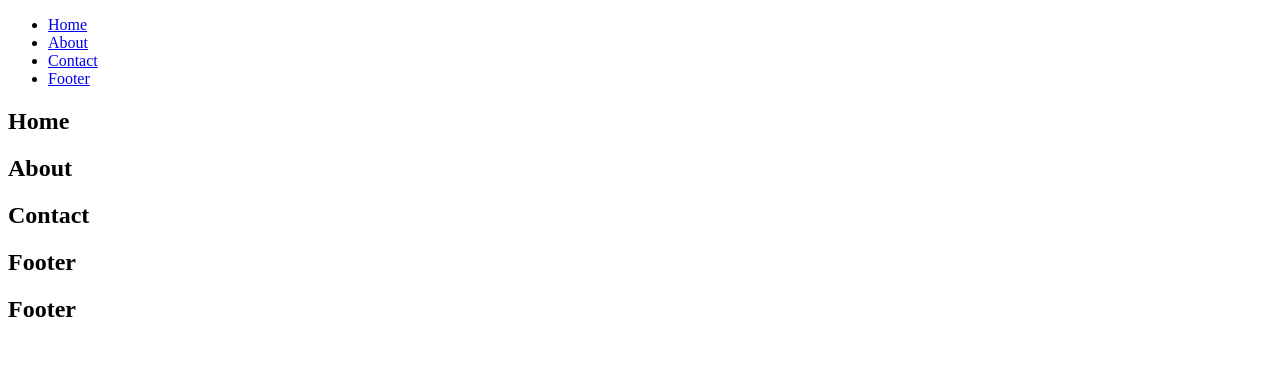
Repository: sallyr0823/web-development
Page: mp1/src/index.html
An editor plug-in stored every save of this project. The page is shown before and after the next save, followed by the edit.
The browser window is 1280 px wide. The pictures show the whole page.

Above is the page before, as saved 2023-09-20 14:23:27.

After the next save:
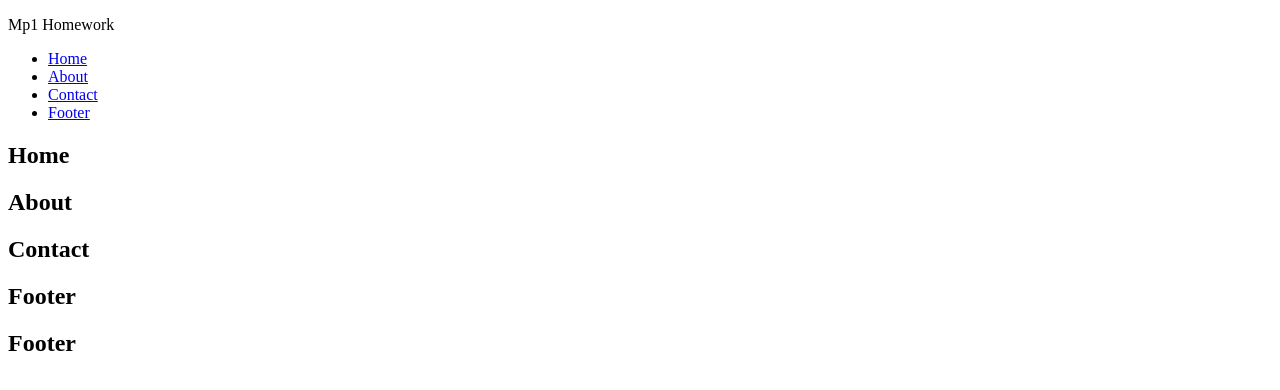
Saved 25 s later.
--- a/mp1/src/index.html
+++ b/mp1/src/index.html
@@ -9,6 +9,7 @@
     <body>
         <nav>
             <div class="container">
+                <p class = "title"> Mp1 Homework</p>
               <ul>
                 <li class="home"><a href="#home">Home</a></li>
                 <li class="about"><a href="#about">About</a></li>
